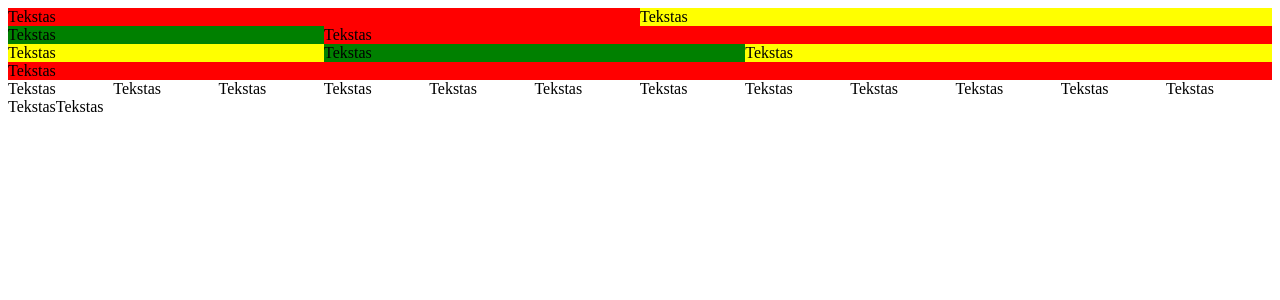
Repository: motiejus1/05-paskaita
Page: index.html
These files come from the project's save history. The page is drawn as it stood at one moment and after the next save; the edit follows.
The browser window is 1280 px wide. The pictures show the whole page.

Above is the page before, as saved 2021-06-07 18:53:29.

### index.html
<!DOCTYPE html>
<html lang="en">
<head>
    <meta charset="UTF-8">
    <meta http-equiv="X-UA-Compatible" content="IE=edge">
    <meta name="viewport" content="width=device-width, initial-scale=1.0">
    <title>Pentoji paskaita</title>
    <style>
        * {
            box-sizing: border-box;
        }

        .col-1 {
            width: 8.33%;
        }

        .col-2 {
            width: 16.66%;
        }

        .col-3 {
            width: 25%;
        }

        .col-4 {
            width: 33.33%;
        }

        .col-5 {
            width: 41.66%;
        }

        .col-6 {
            width: 50%;
        }

        .col-7 {
            width: 58.33%;
        }

        .col-8 {
            width: 66.66%;
        }

        .col-9 {
            width:75%;
        }

        .col-10 {
            width: 83.33%;
        }

        .col-11 {
            width: 91.66%;
        }

        .col-12 {
            width: 100%;
        }

        [class*="col-"] {
            float:left;
        }

        .raudona {
            background-color: red;
        }

        .geltona {
            background-color: yellow;
        }

        .zalia {
            background-color: green;
        }

         .row {
            float: left;
            width: 100%;
        }

        .col-ekrano-30 {
            width: 30%;
        }

        .col-ekrano-70 {
            width: 70%;
        }
    </style>

</head>
<body>
    <div class="row">
        <div class="col-6 raudona">Tekstas</div>
        <div class="col-6 geltona">Tekstas</div>
    </div>

    <div class="row">
        <div class="col-3 zalia">Tekstas</div>
        <div class="col-9 raudona">Tekstas</div>
    </div>

    <div class="row">
        <div class="col-3 geltona">Tekstas</div>
        <div class="col-4 zalia">Tekstas</div>
        <div class="col-5 geltona">Tekstas</div>
    </div>

    <div class="row">
        <div class="col-12 raudona">Tekstas</div>
    </div>

    <div class="row">
        <div class="col-1">Tekstas</div>
        <div class="col-1">Tekstas</div>
        <div class="col-1">Tekstas</div>
        <div class="col-1">Tekstas</div>
        <div class="col-1">Tekstas</div>
        <div class="col-1">Tekstas</div>
        <div class="col-1">Tekstas</div>
        <div class="col-1">Tekstas</div>
        <div class="col-1">Tekstas</div>
        <div class="col-1">Tekstas</div>
        <div class="col-1">Tekstas</div>
        <div class="col-1">Tekstas</div>
    </div>

    <div class="row">
        <div class="col-">Tekstas</div>
        <div class="col-">Tekstas</div>
    </div>



</body>
</html>

After the next save:
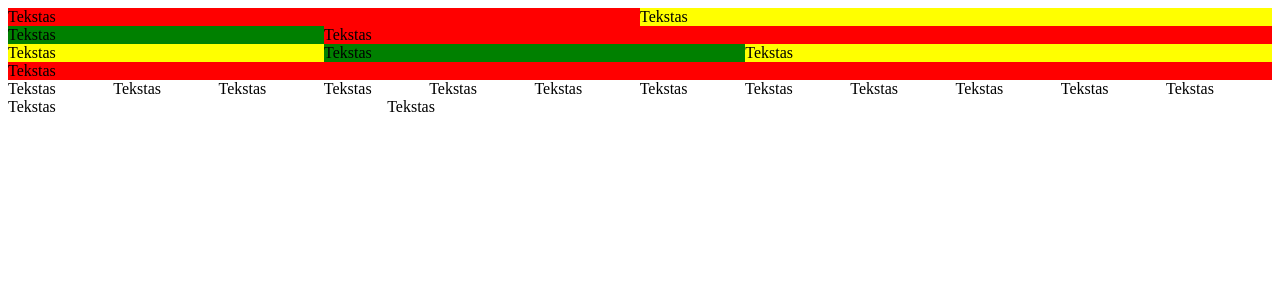
Saved 19 s later.
--- a/index.html
+++ b/index.html
@@ -126,7 +126,7 @@
     </div>
 
     <div class="row">
-        <div class="col-">Tekstas</div>
+        <div class="col-ekrano-30">Tekstas</div>
         <div class="col-">Tekstas</div>
     </div>
 
